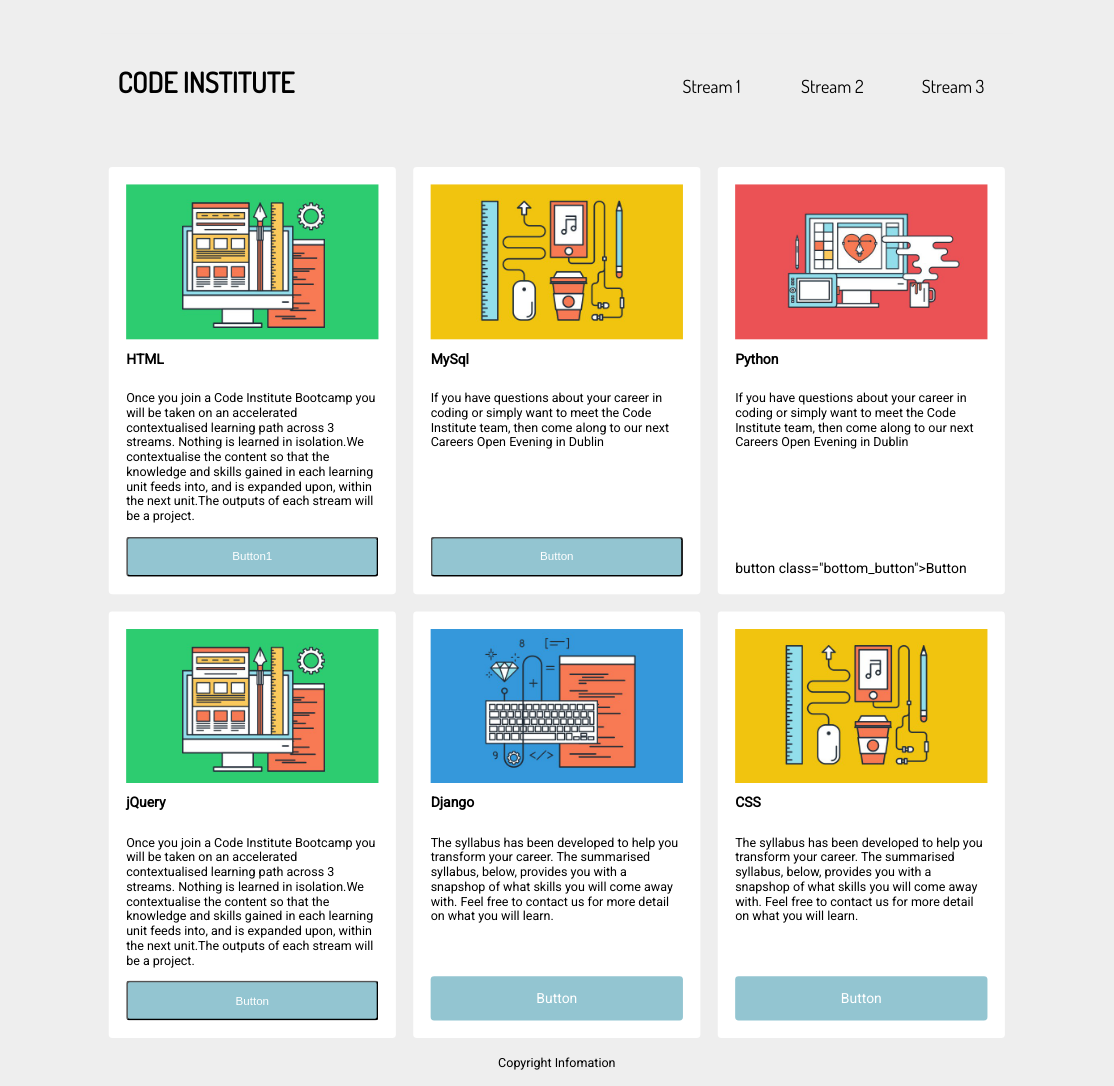
Repository: woodfordtim/jqueryevents
Page: Cards-jquery.html
The author's editor kept a record of every edit. The page is drawn from the files as they stood at one moment, then again after the next edit.
The browser window is 1280 px wide. The pictures show the whole page, at 87% of full size.

Above is the page before.
Console error: SyntaxError: missing ) after argument list

After the next edit:
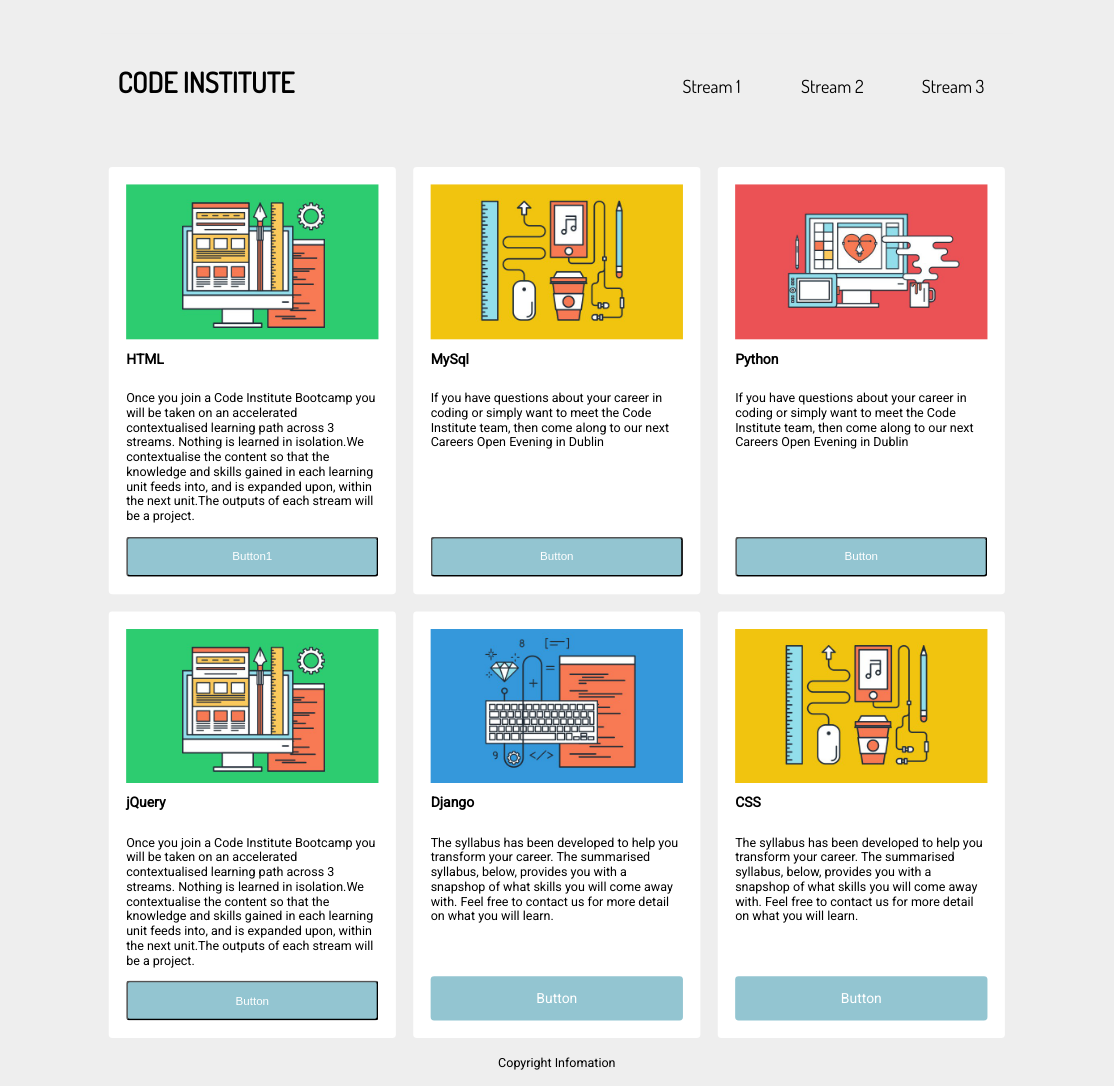
The edit:
--- a/Cards-jquery.html
+++ b/Cards-jquery.html
@@ -37,7 +37,7 @@
 			<img class="card_image" src="img/2.png" alt="coding icon">
 			<h2 id="hr_python"class="card_head">Python</h2>
 			<p class="card_para">If you have questions about your career in coding or simply want to meet the Code Institute team, then come along to our next Careers Open Evening in Dublin</p>
-			button class="bottom_button">Button</button>
+			<button class="bottom_button">Button</button>
 		</div>
 		<div class="card stream1">
 			<img class="card_image" src="img/3.png" alt="coding icon">
